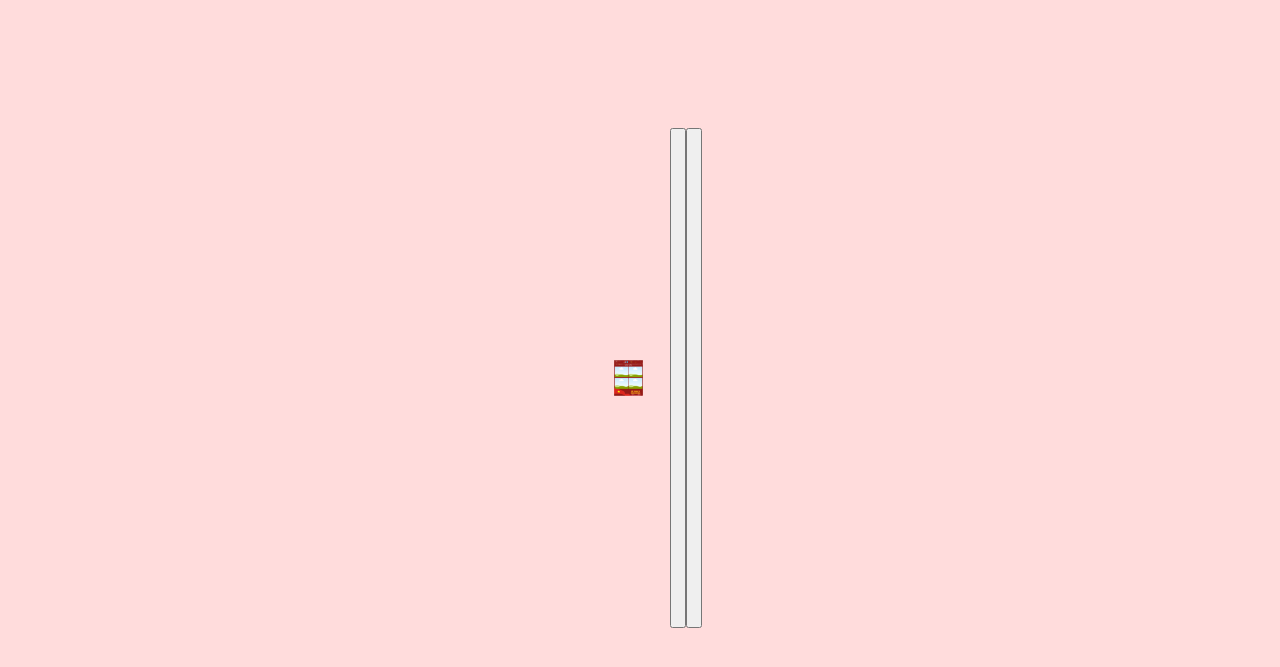
Repository: nguyentambinh/tuoitretdmu
Page: http://localhost/
The author's editor kept a copy of each file at every save. The page is drawn from the files as they stood at one save, then again after the next save.
The browser window is 1280 px wide. The pictures show the whole page.
The page is run by PHP 8.4 with error messages shown; the project is at /var/www/html/.

Above is the page before, as saved 2025-04-10 12:45:12.

After the next save:
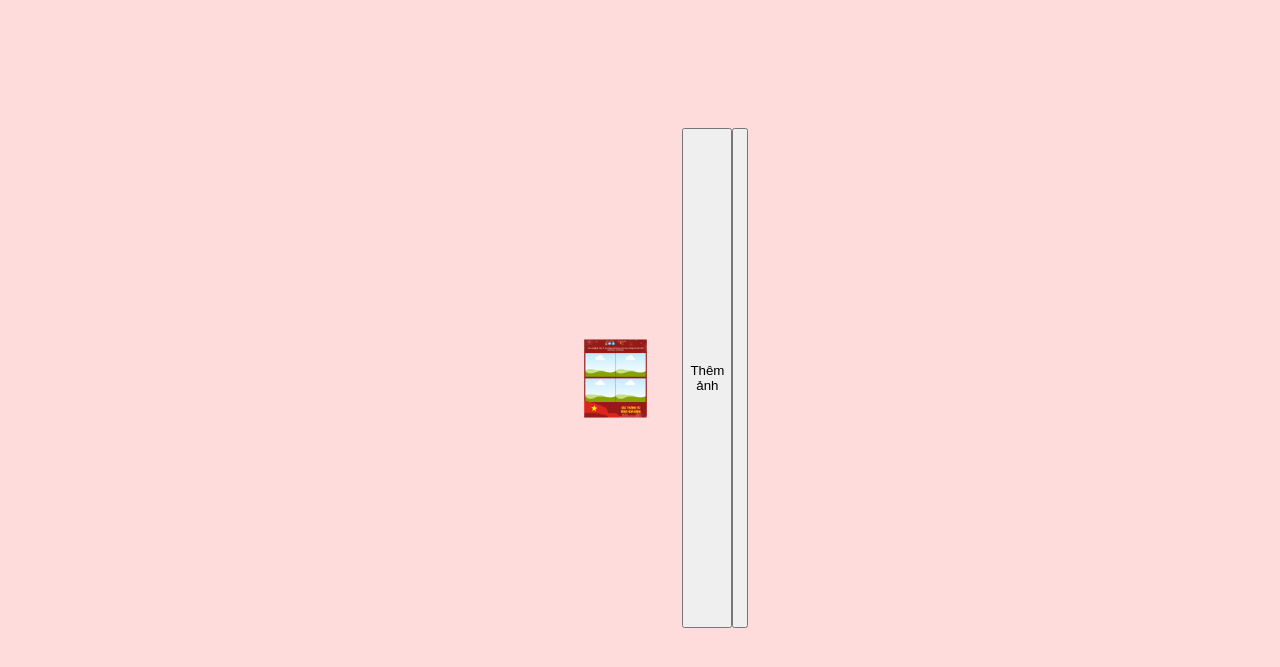
Saved 15 s later.
--- a/index.php
+++ b/index.php
@@ -13,7 +13,7 @@
 
         </div>
         <div class="control-box">
-            <button class = "btn-add-picture"></button>
+            <button class = "btn-add-picture">Thêm ảnh</button>
             <button class="btn-dowload-picture"></button>
         </div>
     </div>
